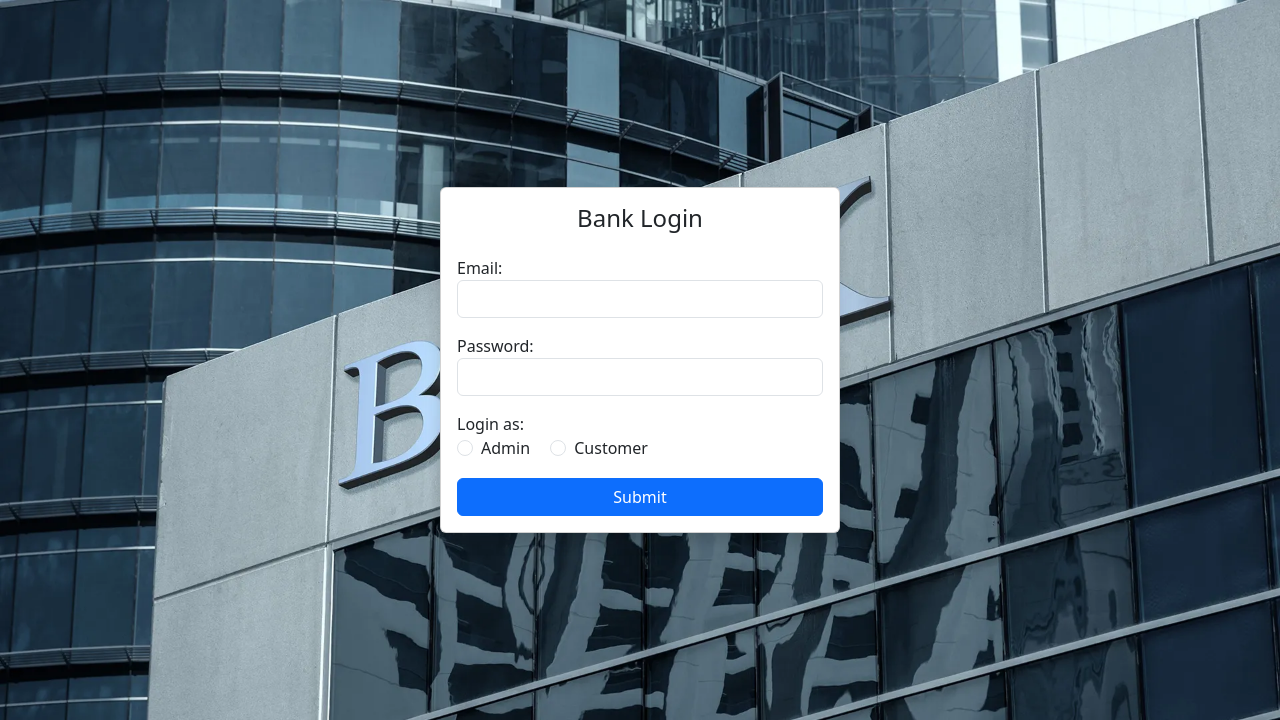
Repository: prathamsuhasia/swabhav-mini-project
Page: http://localhost/01-mini-project/Index.jsp
An editor plug-in stored every save of this project. The page is shown before and after the next save, followed by the edit.
The browser window is 1280 px wide. The pictures show the whole page.
The page is served by Tomcat 9. Other server files are loaded and not shown.

Above is the page before, as saved 2024-08-15 21:16:38.

### 01-mini-project/WebContent/Index.jsp
<%@ page language="java" contentType="text/html; charset=ISO-8859-1"
    pageEncoding="ISO-8859-1"%>
<!DOCTYPE html PUBLIC "-//W3C//DTD HTML 4.01 Transitional//EN" "http://www.w3.org/TR/html4/loose.dtd">
<html>
<head>
<meta http-equiv="Content-Type" content="text/html; charset=ISO-8859-1">
<title>Bank MVC Application</title>
<link href="https://cdn.jsdelivr.net/npm/bootstrap@5.3.0/dist/css/bootstrap.min.css" rel="stylesheet">
<style>
    body {
        background: url('Bank.webp') no-repeat center center fixed;
        background-size: cover;
        height: 100vh;
        display: flex;
        justify-content: center;
        align-items: center;
    }
    .card {
        max-width: 400px;
        width: 100%;
        background: rgba(255, 255, 255, 1);
    }
</style>
</head>
<body>

<div class="card shadow">
    <div class="card-body">
        <h4 class="card-title text-center mb-4">Bank Login</h4>
        <form action="LoginController">
            <div class="form-group mb-3">
                <label for="username">Email:</label>
                <input type="email" class="form-control" id="username" name="username" required>
            </div>
            <div class="form-group mb-3">
                <label for="password">Password:</label>
                <input type="password" class="form-control" id="password" name="password" required>
            </div>
            <div class="form-group mb-3">
                <label>Login as:</label><br>
                <div class="form-check form-check-inline">
                    <input class="form-check-input" type="radio" name="user_type" id="admin" value="admin" required>
                    <label class="form-check-label" for="admin">Admin</label>
                </div>
                <div class="form-check form-check-inline">
                    <input class="form-check-input" type="radio" name="user_type" id="customer" value="customer" required>
                    <label class="form-check-label" for="customer">Customer</label>
                </div>
            </div>
            <div class="text-center">
                <button type="submit" class="btn btn-primary w-100">Submit</button>
            </div>
        </form>
    </div>
</div>

<script src="https://cdn.jsdelivr.net/npm/bootstrap@5.3.0/dist/js/bootstrap.bundle.min.js"></script>
</body>
</html>

After the next save:
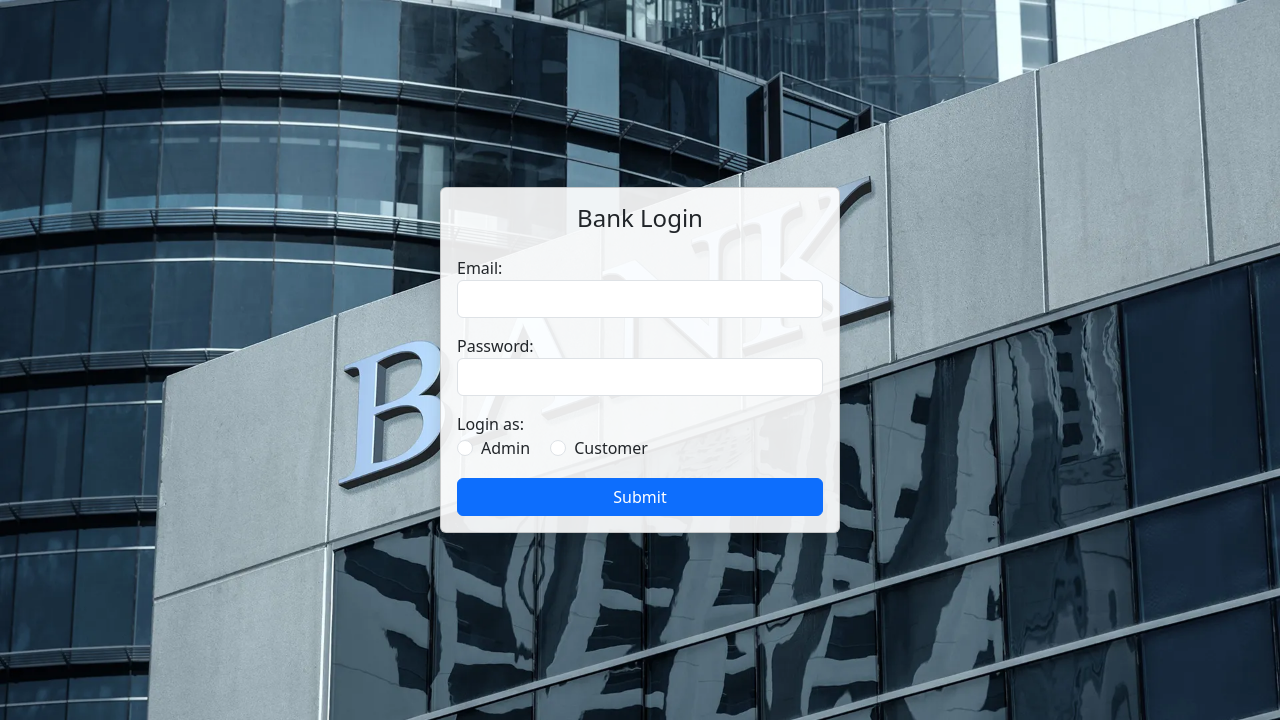
Saved 9 s later.
--- a/01-mini-project/WebContent/Index.jsp
+++ b/01-mini-project/WebContent/Index.jsp
@@ -18,7 +18,7 @@
     .card {
         max-width: 400px;
         width: 100%;
-        background: rgba(255, 255, 255, 1);
+        background: rgba(255, 255, 255, 0.9);
     }
 </style>
 </head>

After the save that followed:
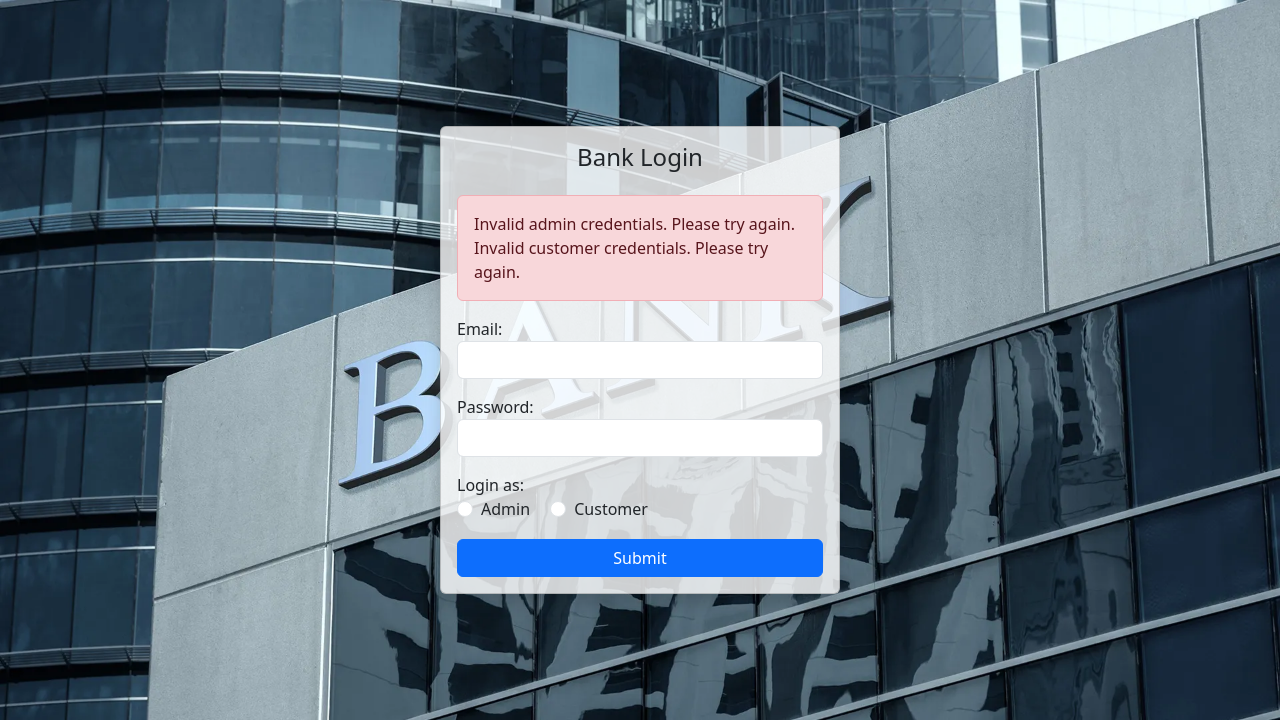
Saved 4 min 27 s later.
--- a/01-mini-project/WebContent/Index.jsp
+++ b/01-mini-project/WebContent/Index.jsp
@@ -18,7 +18,7 @@
     .card {
         max-width: 400px;
         width: 100%;
-        background: rgba(255, 255, 255, 0.9);
+        background: rgba(255, 255, 255, 0.8);
     }
 </style>
 </head>
@@ -27,6 +27,21 @@
 <div class="card shadow">
     <div class="card-body">
         <h4 class="card-title text-center mb-4">Bank Login</h4>
+
+        <!-- Error Message Display -->
+        <c:if test="${not empty param.error}">
+            <div class="alert alert-danger" role="alert">
+                <c:choose>
+                    <c:when test="${param.error == 'InvalidAdminCredentials'}">
+                        Invalid admin credentials. Please try again.
+                    </c:when>
+                    <c:when test="${param.error == 'InvalidCustomerCredentials'}">
+                        Invalid customer credentials. Please try again.
+                    </c:when>
+                </c:choose>
+            </div>
+        </c:if>
+
         <form action="LoginController">
             <div class="form-group mb-3">
                 <label for="username">Email:</label>
